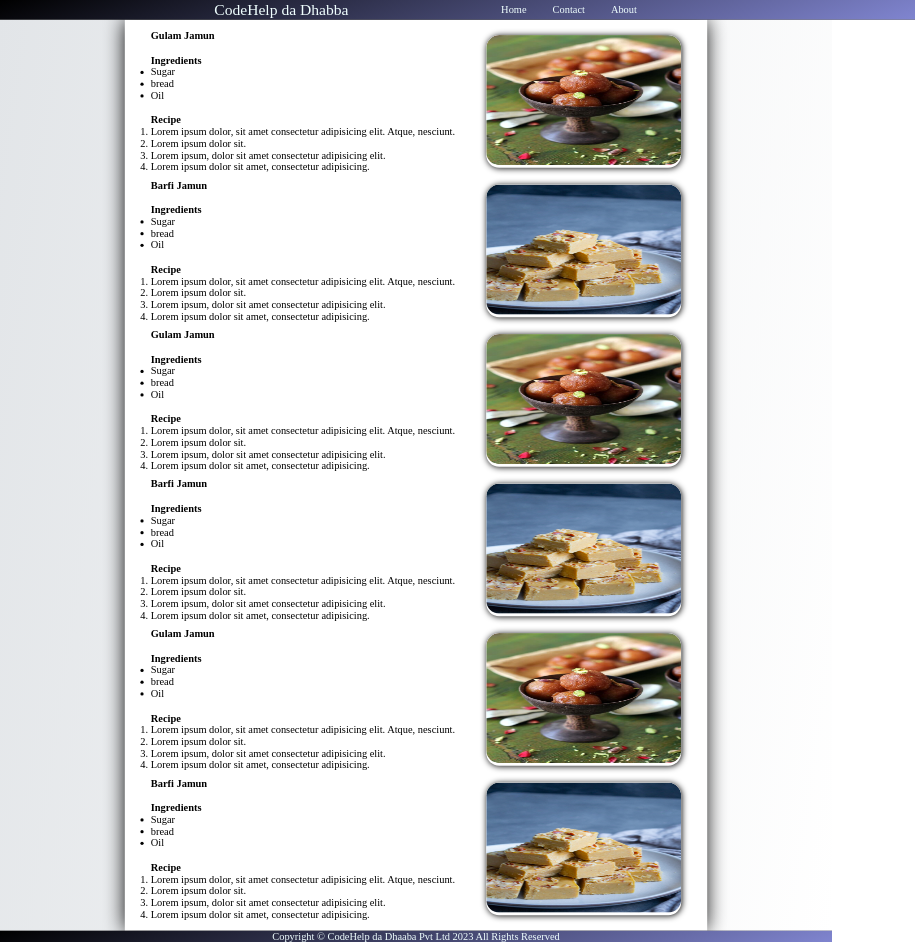
Repository: ssaddamhuss100/Recipe_Html_css
Page: index.html
The author's editor kept a copy of each file at every save. The page is drawn from the files as they stood at one save, then again after the next save.
The browser window is 1280 px wide. The page is 1408 px wide, so the pictures cover 1408 px, including what lies to the right of the window. The pictures show the whole page, at 65% of full size.

Above is the page before, as saved 2024-12-12 10:59:31.

After the next save:
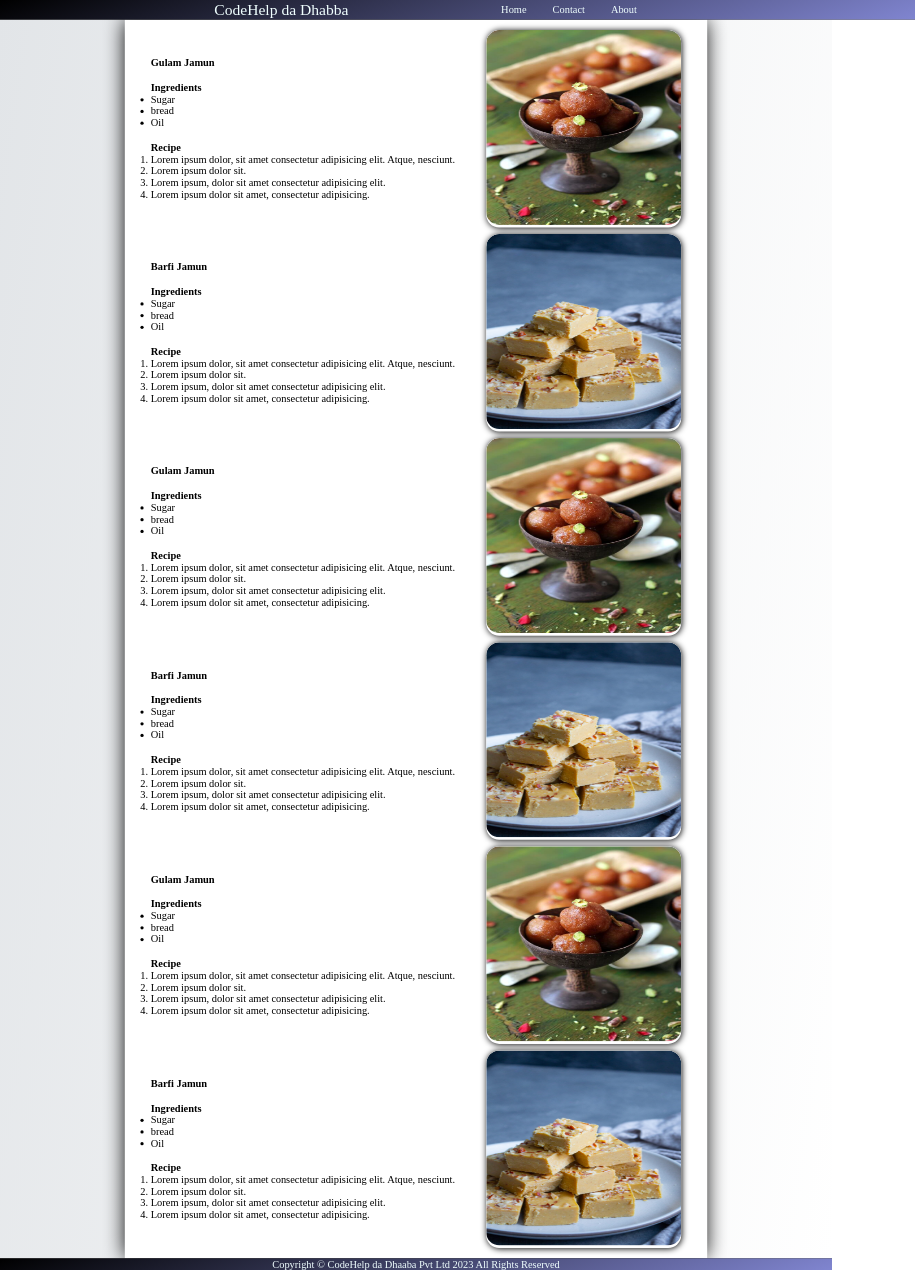
Saved 8 s later.
--- a/style.css
+++ b/style.css
@@ -97,7 +97,7 @@ footer{
 }
 
 .rightBox img{
-    height: 200px;
+    height: 300px;
     width: 300px;
     border-radius: 20px;
     transition: all 0.6s linear 0s;
